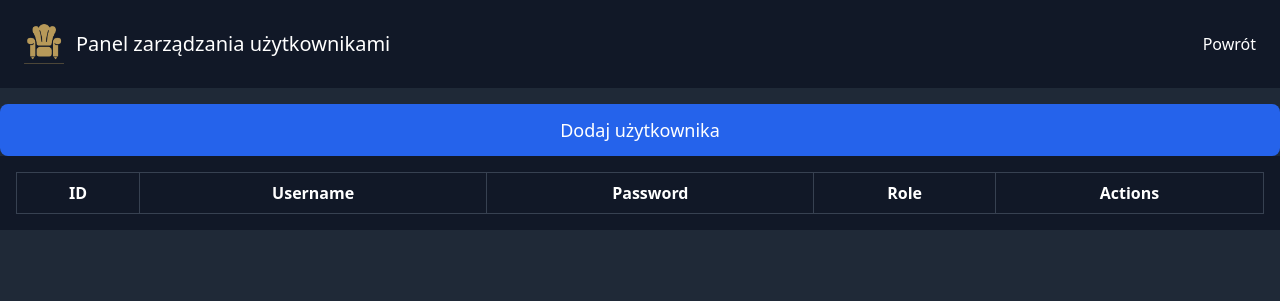
Repository: DaveCala/AplikacjaMeble
Page: http://localhost/admin/users.php
These files come from the project's save history. The page is drawn as it stood at one moment and after the next save; the edit follows.
The browser window is 1280 px wide. The pictures show the whole page.
The page is run by PHP 8.4 with error messages shown; the project is at /var/www/html/. Queries for data that is not in the repository find no rows.

Above is the page before, as saved 2024-11-30 08:14:57.

### admin/users.php
<?php
require_once '../db.php'; // Połączenie z bazą danych


// Pobranie wszystkich użytkowników
$stmt = $pdo->query("SELECT id, username, password, role FROM users");
$users = $stmt->fetchAll(PDO::FETCH_ASSOC);
?>
<!DOCTYPE html>
<html lang="pl">

<head>
    <meta charset="UTF-8">
    <meta name="viewport" content="width=device-width, initial-scale=1.0">
    <title>Zarządzanie użytkownikami</title>
    <link href="https://cdn.jsdelivr.net/npm/tailwindcss@2.2.19/dist/tailwind.min.css" rel="stylesheet">
</head>

<body class="bg-gray-800 text-white">
    <!-- Navbar -->
    <nav class="bg-gray-900 navbar w-full py-6 text-white flex justify-between items-center">
        <div class="flex items-center ml-6">
            <img src="../img/logo_beautysofa_24_pionowe.png" class="w-10 h-10 mr-3" alt="Logo">
            <div class="text-xl">Panel zarządzania użytkownikami</div>
        </div>
        <div class="mr-6">
            <a href="../editor/editor_index.php" class="text-white hover:text-gray-300">Powrót</a>
        </div>
    </nav>

    <button type="button" onclick="openAddUserModal()"
    class="w-full py-3 bg-blue-600 rounded-lg text-white text-lg hover:bg-blue-500 mt-4">
    Dodaj użytkownika
</button>

<!-- Modal do dodawania użytkownika -->
<div id="addUserModal" class="hidden fixed inset-0 bg-gray-800 bg-opacity-90 flex justify-center items-center">
    <div class="bg-gray-900 p-8 rounded-lg shadow-lg w-full max-w-md">
        <h2 class="text-2xl text-center mb-4">Dodaj nowego użytkownika</h2>

        <form id="addUserForm">
            <label for="newUsername" class="block text-sm mb-2">Nazwa użytkownika</label>
            <input type="text" id="newUsername" name="newUsername" placeholder="Nazwa użytkownika"
                class="w-full p-3 mb-4 rounded-lg bg-gray-700 text-white placeholder-gray-400 focus:outline-none focus:ring-2 focus:ring-blue-500" required>

            <label for="newPassword" class="block text-sm mb-2">Hasło</label>
            <input type="password" id="newPassword" name="newPassword" placeholder="Hasło"
                class="w-full p-3 mb-4 rounded-lg bg-gray-700 text-white placeholder-gray-400 focus:outline-none focus:ring-2 focus:ring-blue-500" required>

            <label for="newRole" class="block text-sm mb-2">Rola</label>
            <select id="newRole" name="newRole"
                class="w-full p-3 mb-4 rounded-lg bg-gray-700 text-white focus:outline-none focus:ring-2 focus:ring-blue-500">
                <option value="admin">Admin</option>
                <option value="editor">Editor</option>
                <option value="viewer">Viewer</option>
            </select>

            <button type="submit"
                class="w-full py-3 bg-green-600 rounded-lg text-white text-lg hover:bg-green-500">
                Dodaj użytkownika
            </button>
        </form>

        <button onclick="closeAddUserModal()"
            class="w-full py-3 bg-red-600 rounded-lg text-white text-lg hover:bg-red-500 mt-4">
            Anuluj
        </button>
    </div>
</div>


    <!-- Tabela użytkowników -->
    <div class="w-full bg-gray-900 p-4">
        <table class="w-full text-white">
            <thead>
                <tr>
                    <th class="border border-gray-700 p-2">ID</th>
                    <th class="border border-gray-700 p-2">Username</th>
                    <th class="border border-gray-700 p-2">Password</th>
                    <th class="border border-gray-700 p-2">Role</th>
                    <th class="border border-gray-700 p-2">Actions</th>
                </tr>
            </thead>
            <tbody id="usersTable">
                <?php foreach ($users as $user): ?>
                    <tr data-id="<?= htmlspecialchars($user['id']); ?>">
                        <td class="border border-gray-700 p-2"><?= htmlspecialchars($user['id']); ?></td>
                        <td class="border border-gray-700 p-2 username"><?= htmlspecialchars($user['username']); ?></td>
                        <td class="border border-gray-700 p-2 password">********</td>
                        <td class="border border-gray-700 p-2 role"><?= htmlspecialchars($user['role']); ?></td>
                        <td class="border border-gray-700 p-2">
                            <button onclick="editRow(this)"
                                    class="bg-blue-500 text-white py-1 px-3 rounded hover:bg-blue-600 mr-2">
                                Edytuj
                            </button>
                            <form action="delete_user.php" method="POST" style="display: inline;"
                                onsubmit="return confirm('Czy na pewno chcesz usunąć tego użytkownika?');">
                                <input type="hidden" name="id" value="<?= htmlspecialchars($user['id']); ?>">
                                <button type="submit"
                                        class="bg-red-500 text-white py-1 px-3 rounded hover:bg-red-600">
                                    Usuń
                                </button>
                            </form>
                        </td>
                    </tr>
                <?php endforeach; ?>
            </tbody>


        </table>
    </div>

    <?php if (isset($_GET['success']) && $_GET['success'] === 'deleted'): ?>
        <p class="text-green-500 text-center mb-4">Użytkownik został pomyślnie usunięty.</p>
    <?php elseif (isset($_GET['error']) && $_GET['error'] === 'self_delete'): ?>
        <p class="text-red-500 text-center mb-4">Nie możesz usunąć samego siebie!</p>
    <?php elseif (isset($_GET['error']) && $_GET['error'] === 'invalid_request'): ?>
        <p class="text-red-500 text-center mb-4">Nieprawidłowe żądanie usunięcia.</p>
    <?php endif; ?>

    <script>
        // Funkcja do edycji wiersza
        function editRow(button) {
            const row = button.closest('tr');
            const usernameCell = row.querySelector('.username');
            const roleCell = row.querySelector('.role');
            const actionsCell = row.querySelector('td:last-child');

            const username = usernameCell.textContent.trim();
            const role = roleCell.textContent.trim();

            usernameCell.innerHTML = `<input type="text" value="${username}" class="w-full bg-gray-800 text-green-500 border border-green-500 p-2 rounded">`;

            // Opcje do wyboru dla pola roli
            const roles = ['editor', 'viewer', 'admin'];
            let roleOptions = roles.map(r => `<option value="${r}" ${r === role ? 'selected' : ''}>${r}</option>`).join('');
            roleCell.innerHTML = `<select class="w-full bg-gray-800 text-green-500 border border-green-500 p-2 rounded">${roleOptions}</select>`;

            actionsCell.innerHTML = `
                <button onclick="saveRow(this)" class="bg-green-500 text-white py-1 px-3 rounded hover:bg-green-600 mr-2">Zapisz</button>
            `;

            // Dodaj pole do zmiany hasła (opcjonalne)
            const passwordCell = row.querySelector('.password');
            passwordCell.innerHTML = `<input type="password" placeholder="Nowe hasło (opcjonalne)" class="w-full bg-gray-800 text-green-500 border border-green-500 p-2 rounded">`;
        }



        // Funkcja do zapisywania zmian
        function saveRow(button) {
            const row = button.closest('tr');
            const userId = row.getAttribute('data-id'); // Pobieramy ID użytkownika
            const usernameInput = row.querySelector('.username input').value.trim();
            const passwordInput = row.querySelector('.password input').value.trim();
            const roleSelect = row.querySelector('.role select').value;

            // Dane do wysłania
            const updatedUser = {
                id: userId,
                username: usernameInput,
                password: passwordInput,
                role: roleSelect,
            };

            // Wyślij dane do serwera
            fetch('update_user.php', {
                method: 'POST',
                headers: {
                    'Content-Type': 'application/json',
                },
                body: JSON.stringify(updatedUser),
            })
            .then(response => response.json())
            .then(data => {
                if (data.success) {
                    // Aktualizujemy widok
                    row.querySelector('.username').textContent = usernameInput;
                    row.querySelector('.password').textContent = '********'; // Ukrywamy hasło
                    row.querySelector('.role').textContent = roleSelect;

                    const actionsCell = row.querySelector('td:last-child');
                    actionsCell.innerHTML = `
                        <button onclick="editRow(this)"
                                class="bg-blue-500 text-white py-1 px-3 rounded hover:bg-blue-600">
                            Edytuj
                        </button>
                    `;
                } else {
                    alert('Wystąpił błąd podczas zapisywania: ' + data.message);
                }
            })
            .catch(error => {
                console.error('Błąd:', error);
                alert('Wystąpił błąd podczas zapisywania zmian.');
            });
        }

        function openAddUserModal() {
        document.getElementById('addUserModal').classList.remove('hidden');
    }

    function closeAddUserModal() {
        document.getElementById('addUserModal').classList.add('hidden');
    }

    document.getElementById('addUserForm').addEventListener('submit', function (event) {
        event.preventDefault();

        const formData = new FormData(event.target);

        fetch('add_user.php', {
            method: 'POST',
            body: formData
        })
        .then(response => response.json())
        .then(data => {
            if (data.success) {
                alert('Użytkownik został dodany!');
                closeAddUserModal();
            } else {
                alert('Błąd: ' + data.message);
            }
        })
        .catch(error => {
            console.error('Błąd:', error);
            alert('Wystąpił błąd przy dodawaniu użytkownika.');
        });
    });


    </script>
</body>
</html>

### db.php
<?php
$host = 'localhost';
$db = 'app_test';
$user = 'root';
$pass = '';

try {
    $pdo = new PDO("mysql:host=$host;dbname=$db;charset=utf8", $user, $pass);
    $pdo->setAttribute(PDO::ATTR_ERRMODE, PDO::ERRMODE_EXCEPTION);
} catch (PDOException $e) {
    die("Błąd połączenia z bazą danych: " . $e->getMessage());
}
?>

After the next save:
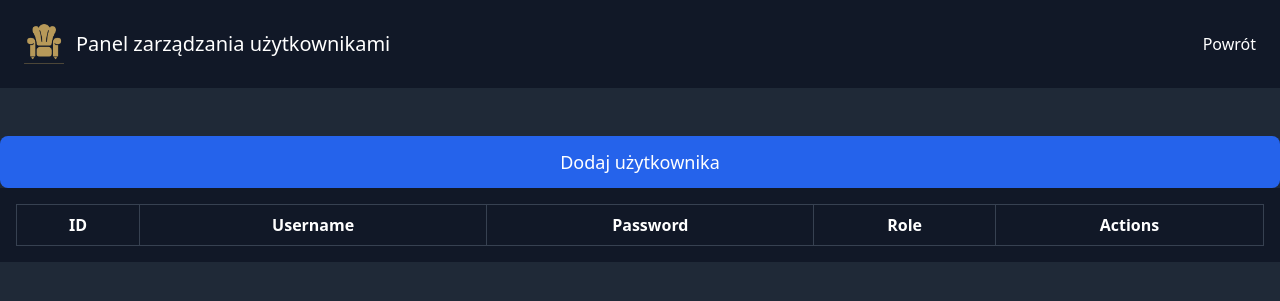
Saved 2 min 3 s later.
--- a/admin/users.php
+++ b/admin/users.php
@@ -27,6 +27,18 @@ $users = $stmt->fetchAll(PDO::FETCH_ASSOC);
             <a href="../editor/editor_index.php" class="text-white hover:text-gray-300">Powrót</a>
         </div>
     </nav>
+
+    <!-- Sekcja komunikatów -->
+    <div class="w-full text-center py-4">
+        <?php if (isset($_GET['success']) && $_GET['success'] === 'deleted'): ?>
+            <p class="text-green-500">Użytkownik został pomyślnie usunięty.</p>
+        <?php elseif (isset($_GET['error']) && $_GET['error'] === 'self_delete'): ?>
+            <p class="text-red-500">Nie możesz usunąć samego siebie!</p>
+        <?php elseif (isset($_GET['error']) && $_GET['error'] === 'invalid_request'): ?>
+            <p class="text-red-500">Nieprawidłowe żądanie usunięcia.</p>
+        <?php endif; ?>
+    </div>
+
 
     <button type="button" onclick="openAddUserModal()"
     class="w-full py-3 bg-blue-600 rounded-lg text-white text-lg hover:bg-blue-500 mt-4">
@@ -110,14 +122,6 @@ $users = $stmt->fetchAll(PDO::FETCH_ASSOC);
         </table>
     </div>
 
-    <?php if (isset($_GET['success']) && $_GET['success'] === 'deleted'): ?>
-        <p class="text-green-500 text-center mb-4">Użytkownik został pomyślnie usunięty.</p>
-    <?php elseif (isset($_GET['error']) && $_GET['error'] === 'self_delete'): ?>
-        <p class="text-red-500 text-center mb-4">Nie możesz usunąć samego siebie!</p>
-    <?php elseif (isset($_GET['error']) && $_GET['error'] === 'invalid_request'): ?>
-        <p class="text-red-500 text-center mb-4">Nieprawidłowe żądanie usunięcia.</p>
-    <?php endif; ?>
-
     <script>
         // Funkcja do edycji wiersza
         function editRow(button) {
